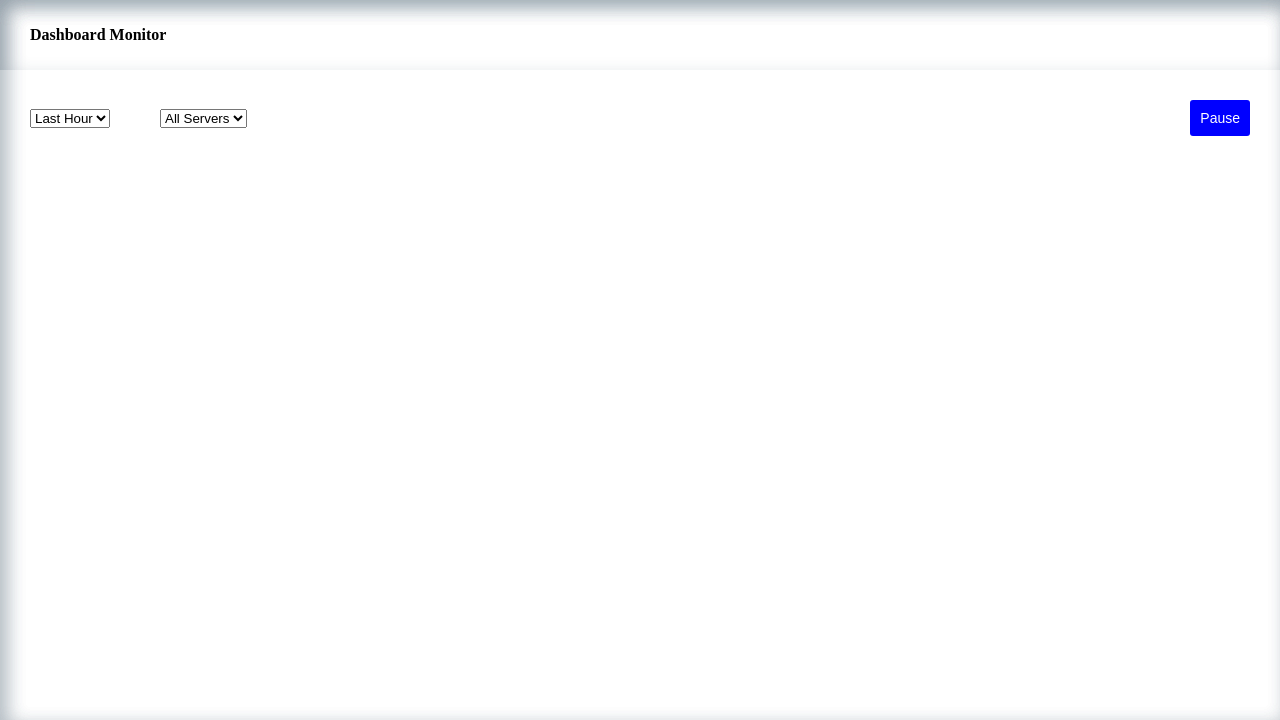
Repository: egorgloom/dashboard
Page: /
These files come from the project's save history. The page is drawn as it stood at one moment and after the next save; the edit follows.
The browser window is 1280 px wide. The pictures show the whole page.
The page's requests for data from a server got no answer. The project was rebuilt for these pictures with package versions that can differ from the ones it lists, and the page was loaded fresh each time. No one was signed in, and anything a server would have sent is missing. Also part of the build but not shown: webpack.config.js, src/components/ItemCard/ItemCard.tsx, src/components/Charts/MetricsChart.tsx, src/components/SingleServerMetrics/SingleServerMetrics.tsx.

Above is the page before, as saved 2025-04-23 15:25:47.

After the next save:
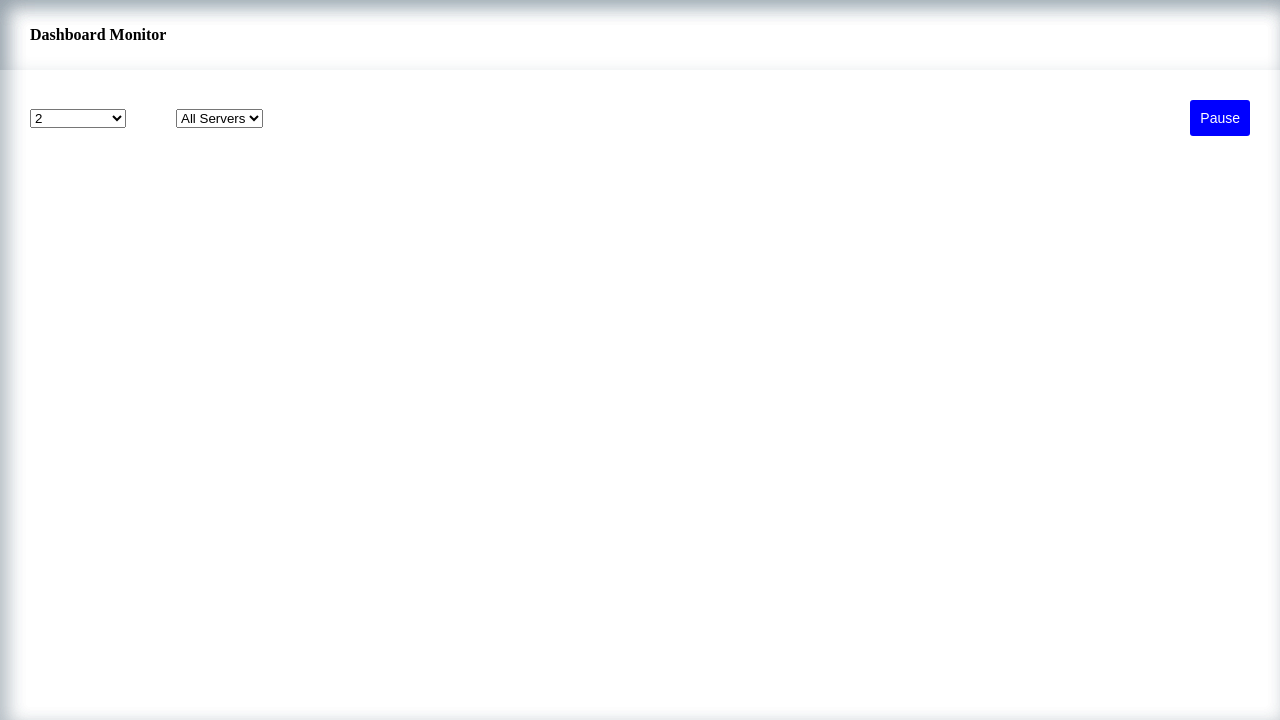
Saved 35 s later.
--- a/src/components/OverviewPage/OverviewPage.tsx
+++ b/src/components/OverviewPage/OverviewPage.tsx
@@ -22,8 +22,8 @@
             <div className='wrapper'>
                 <div className='wrapper__filters'>
                     <div className='wrapper__filter-select'>
-                        <select name="" id="">
-                            <option value="1">Last Hour</option>
+                        <select>
+                            <option disabled value="">defaultValue</option>
                             <option value="3">2</option>
                             <option value="6">3</option>
                         </select>
